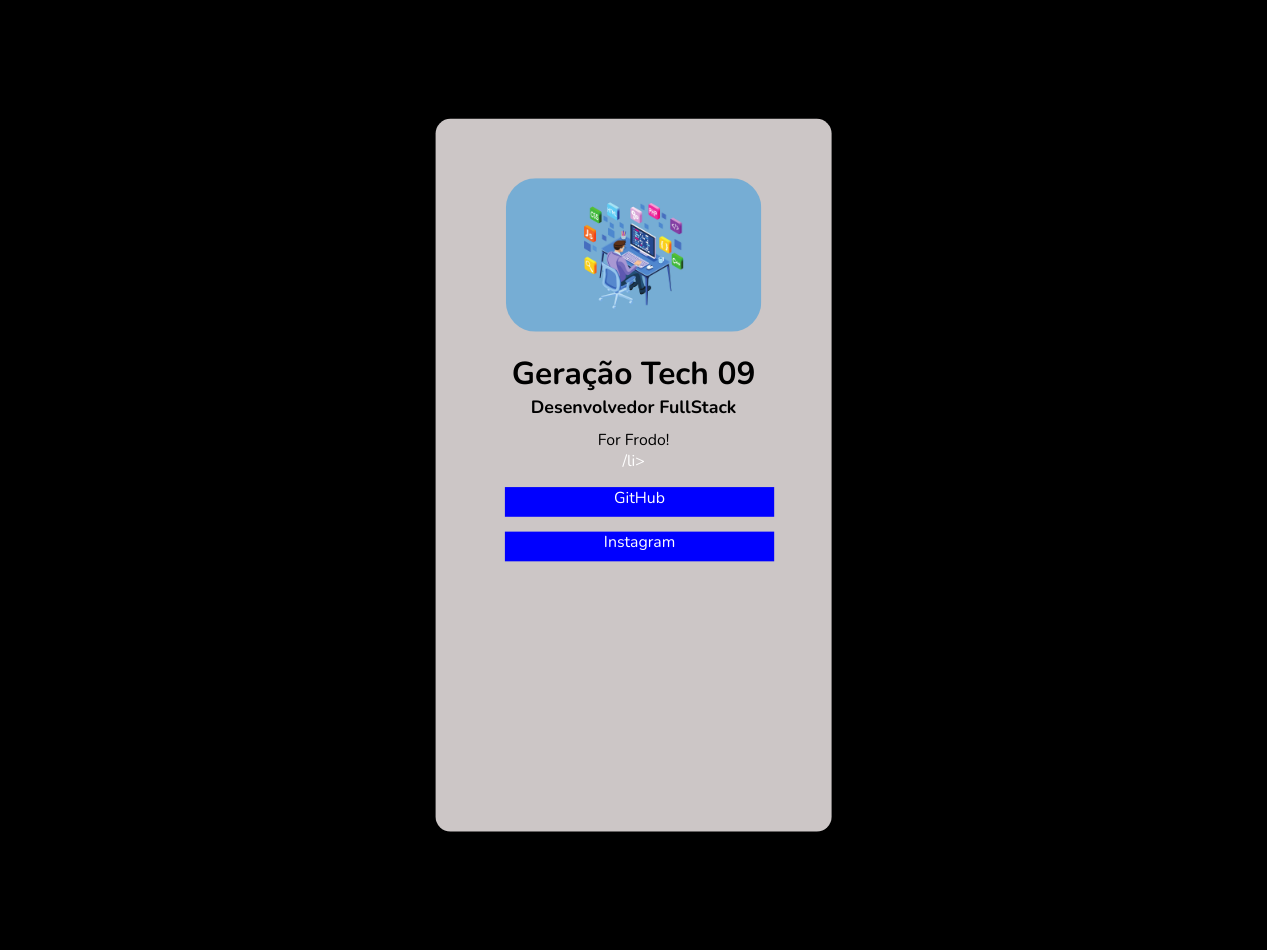
Repository: medeirosregis/linktree-gt09
Page: index.html
These files come from the project's save history. The page is drawn as it stood at one moment and after the next save; the edit follows.
The browser window is 1280 px wide. The pictures show the whole page, at 99% of full size.

Above is the page before, as saved 2025-04-11 09:30:34.

### index.html
<!DOCTYPE html>
<html lang="pt-br">
<head>
    <meta charset="UTF-8">
    <meta name="viewport" content="width=device-width, initial-scale=1.0">
    <title>Linktree</title>
    <link rel="stylesheet" href="style.css">
    <link rel="preconnect" href="https://fonts.googleapis.com">
    <link rel="preconnect" href="https://fonts.gstatic.com" crossorigin>
    <link href="https://fonts.googleapis.com/css2?family=Nunito:ital,wght@0,200..1000;1,200..1000&display=swap" rel="stylesheet">

</head>
<body>
    <div class="container-main">
        <div class="container-image">

            <img src="./assets/freelance-work-7308505_1280.png" alt="image-profile"/>
        <div class="container-infos">
            <h1>Geração Tech 09</h1>
            <h2>Desenvolvedor FullStack</h2>
        </div>
        <div class="container-easter-egg">
            <p>For Frodo!</p>
        </div>
        <div class="container-social">
            <ul>
                <a href="https://www.linkedin.com/login/pt" target="_blank">
                /li>
                <li>
                    <a href="https://github.com/medeirosregis" target="_blank">
                        GitHub
                </li>
                <li>
                    <a href="https://instagram.com/" target="_blank">
                        Instagram
                </li>
            </ul>
        </div>
    </div>
</body>
</html>

### style.css
*{
    font-family: "Nunito", sans-serif;
    margin: 0;
    padding: 0;
    box-sizing: border-box;

}

body {
    background-color:rgb(0, 0, 0);
}

.container-main {
    background-color: #ccc6c6;
    width: 400px;
    height: 720px;
    box-sizing: border-box;
    margin: 120px auto;
    padding: 60px 70px;
    border-radius: 15px;
    text-align: center;
}

.container-image {
    margin: 0;

    & img {
        width: 258px;
        border-radius: 30px;
    }
}
.container-infos {
    margin-top: 15px;
    margin-bottom: 10px;
}
.container-infos h1 {
    font-weight: 700px;
}
.container-infos h2 {
    font-weight: 600px;
    font-size: 18px;
}
.container-social ul {
    list-style-type: none;
}
.container-social a {
    text-decoration: none;
    color: white;
}
.container-social li {
    width: 272px;
    height: 30px;
    background-color: blue;
    margin: 15px 0;
}

After the next save:
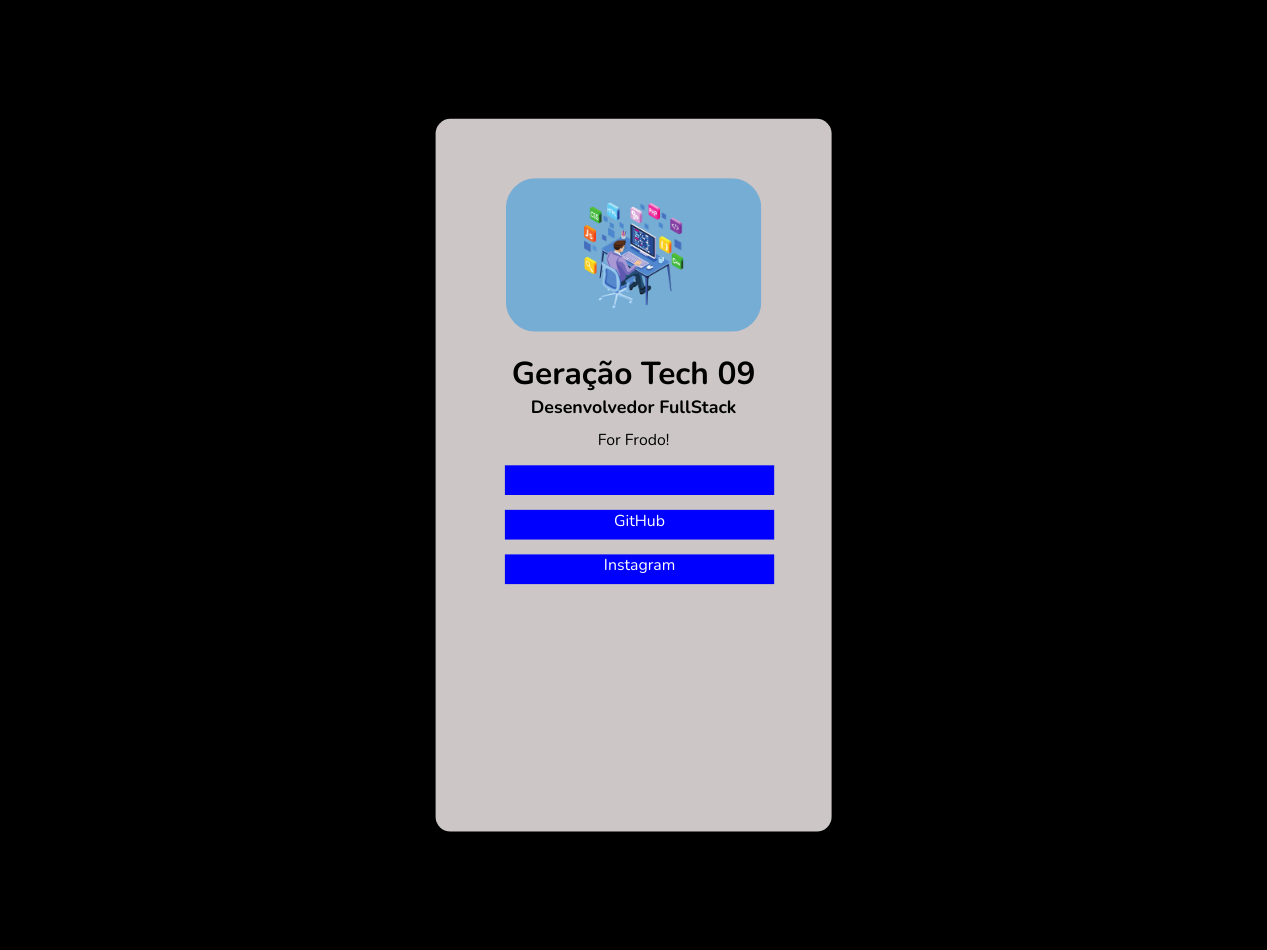
Saved 5 s later.
--- a/index.html
+++ b/index.html
@@ -25,7 +25,7 @@
         <div class="container-social">
             <ul>
                 <a href="https://www.linkedin.com/login/pt" target="_blank">
-                /li>
+                <li>
                 <li>
                     <a href="https://github.com/medeirosregis" target="_blank">
                         GitHub
